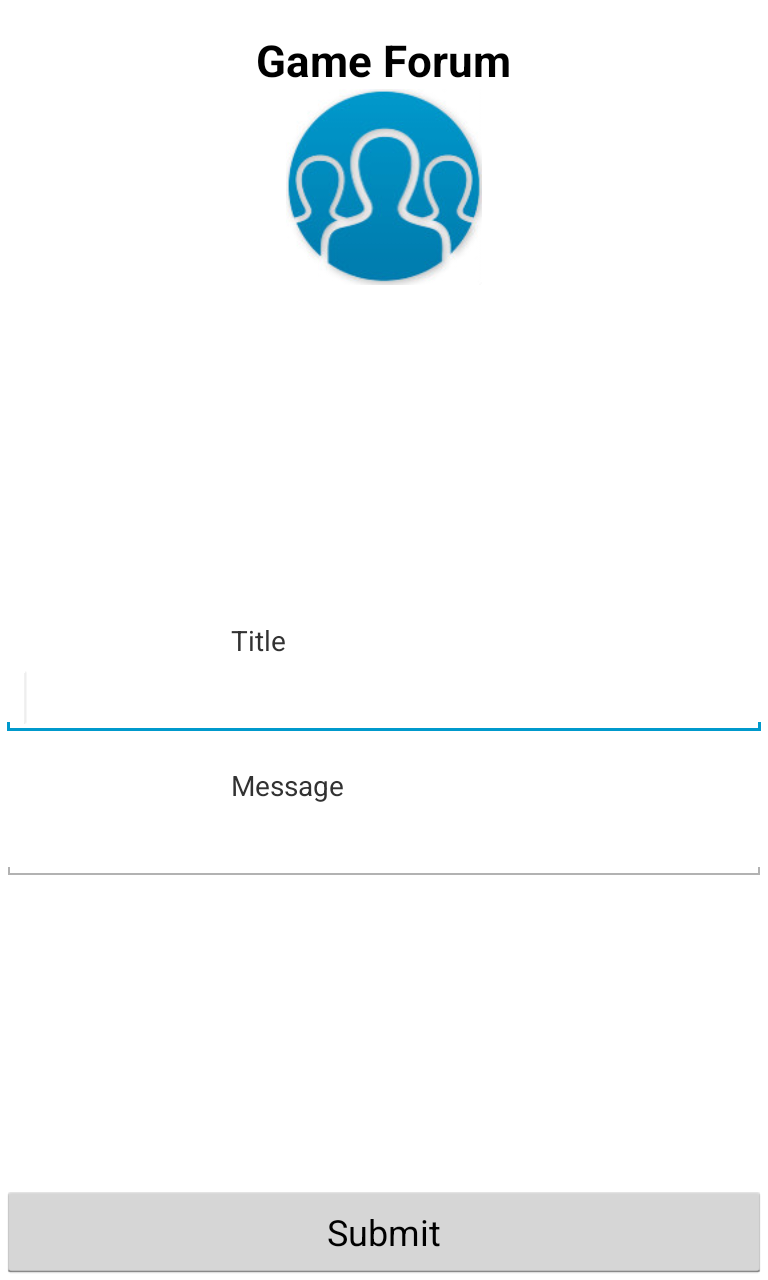
Repository: yuanpeixin/Project
Layout: GameForum/res/layout/add_comment.xml
The author's editor kept a copy of each file at every save. The layout is drawn from the files as they stood at one save, then again after the next save.
It is drawn on a 768 x 1280 px phone screen (xhdpi) without system bars, with theme AppTheme; the app's code is not run.

Above is the layout before, as saved 2015-10-06 06:11:47.

After the next save:
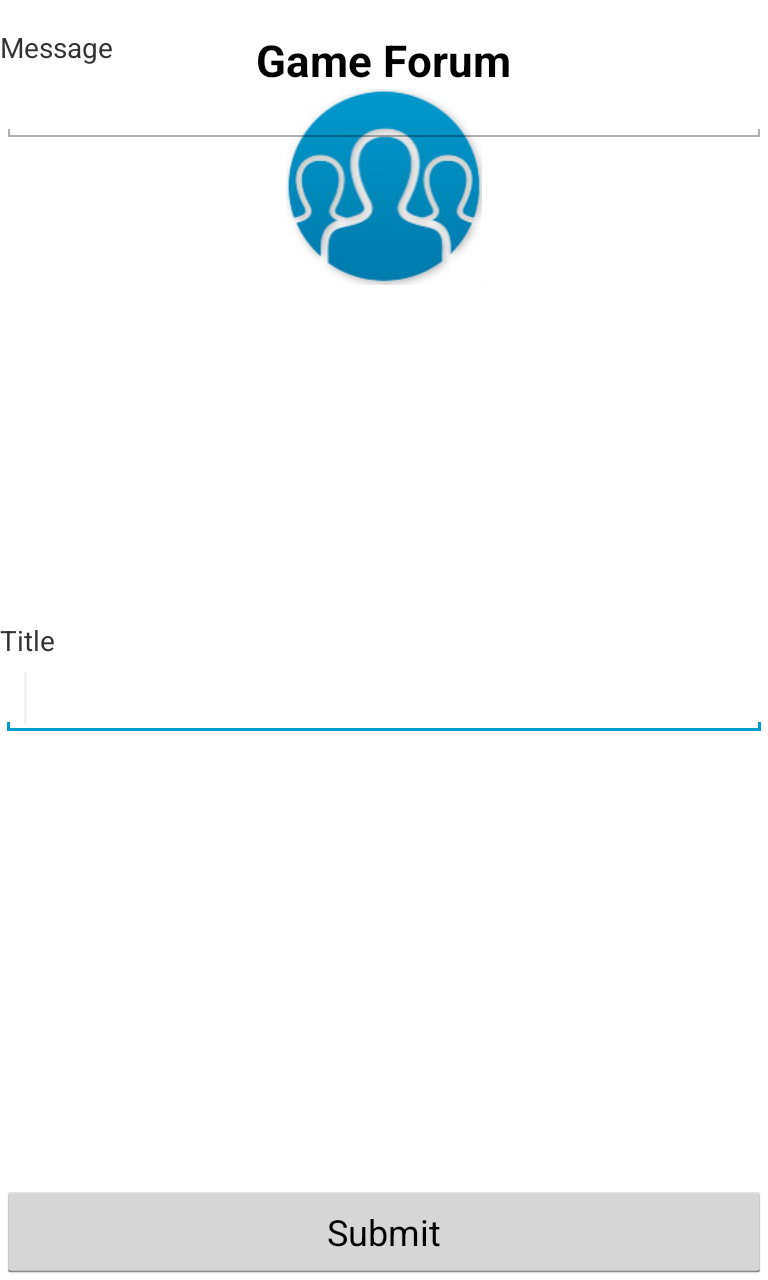
Saved 6 min 23 s later.
--- a/GameForum/res/layout/add_comment.xml
+++ b/GameForum/res/layout/add_comment.xml
@@ -6,7 +6,7 @@
    >
 
     <ImageView
-        android:id="@+id/imageView1"
+        android:id="@+id/acImage"
         android:layout_width="wrap_content"
         android:layout_height="wrap_content"
         android:layout_below="@+id/textView2"
@@ -14,7 +14,7 @@
         android:src="@drawable/forum_icon" />
 
     <EditText
-        android:id="@+id/message"
+        android:id="@+id/acMessage"
         android:layout_width="wrap_content"
         android:layout_height="wrap_content"
         android:layout_alignParentLeft="true"
@@ -23,7 +23,7 @@
         android:ems="10" />
 
     <EditText
-        android:id="@+id/title"
+        android:id="@+id/acTitle"
         android:layout_width="wrap_content"
         android:layout_height="wrap_content"
         android:layout_alignParentLeft="true"

After the save that followed:
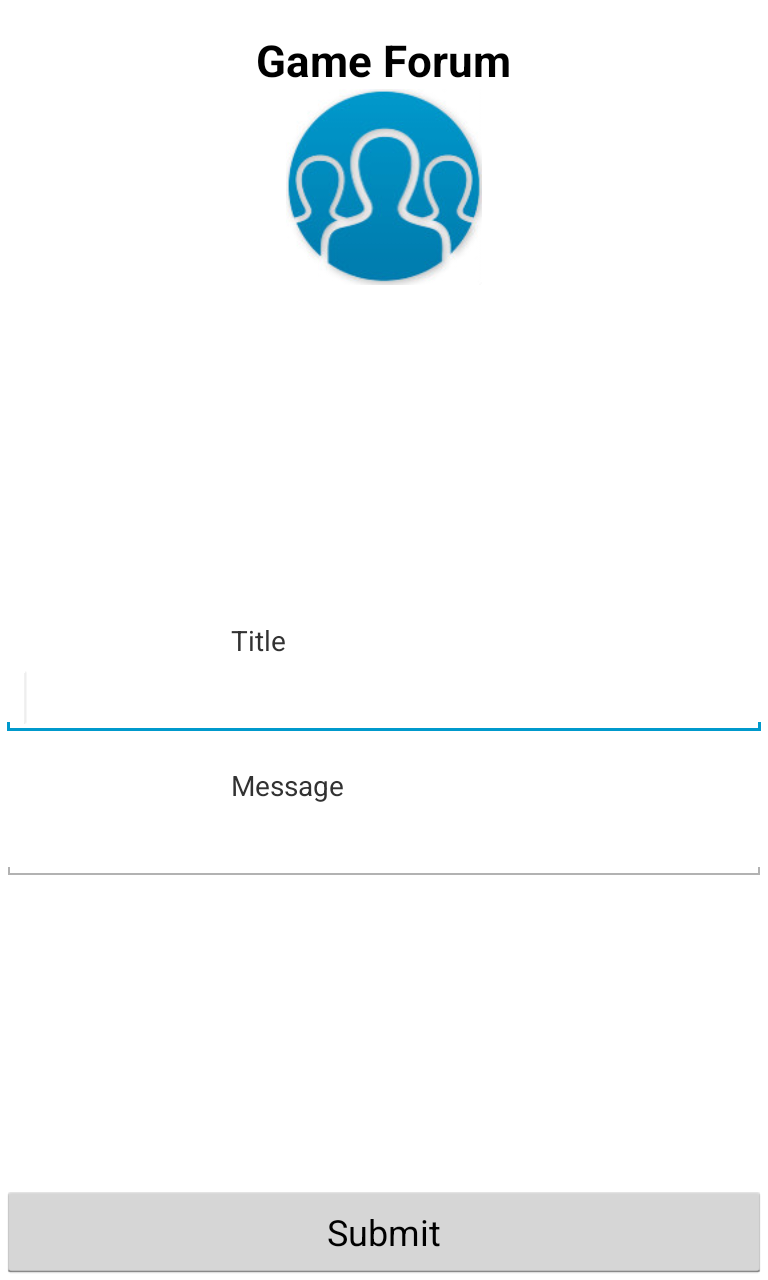
Saved 2 min 10 s later.
--- a/GameForum/res/layout/add_comment.xml
+++ b/GameForum/res/layout/add_comment.xml
@@ -39,7 +39,7 @@
         android:layout_width="wrap_content"
         android:layout_height="wrap_content"
         android:layout_centerVertical="true"
-        android:layout_toLeftOf="@+id/imageView1"
+        android:layout_toLeftOf="@+id/acImage"
         android:text="Title" />
 
     <Button
@@ -56,7 +56,7 @@
         android:layout_width="wrap_content"
         android:layout_height="wrap_content"
         android:layout_alignLeft="@+id/textView1"
-        android:layout_below="@+id/title"
+        android:layout_below="@+id/acTitle"
         android:layout_marginTop="14dp"
         android:text="Message" />
 
